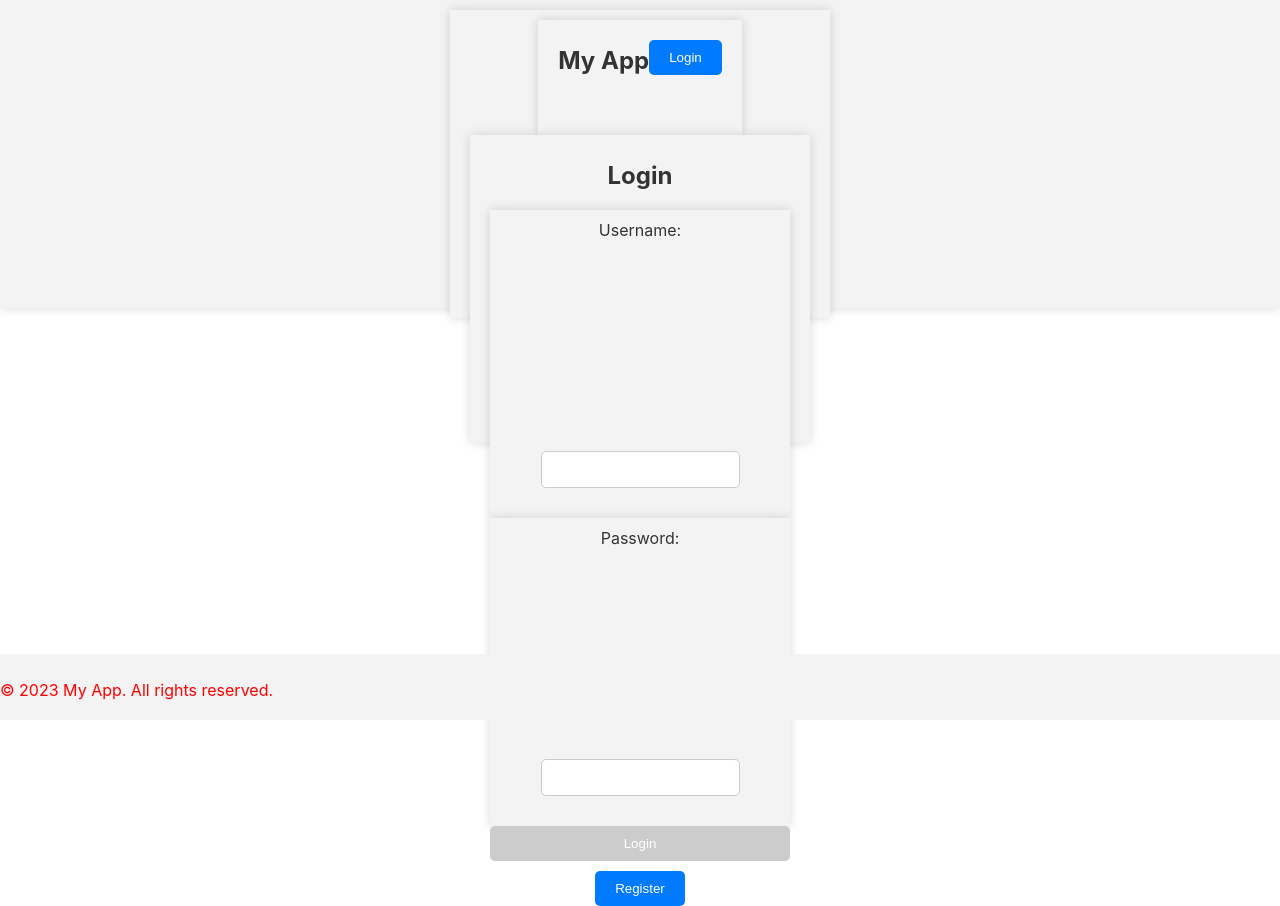
Repository: iMlearnDinG/react-app-v2
Page: /
An editor plug-in stored every save of this project. The page is shown before and after the next save, followed by the edit.
The browser window is 1280 px wide. The pictures show the whole page.
The page's requests for data from a server got no answer. The project was rebuilt for these pictures with package versions that can differ from the ones it lists, and the page was loaded fresh each time. No one was signed in, and anything a server would have sent is missing. Also part of the build but not shown: src/components/Register.js, src/components/Lobby.js, src/components/Game.js, src/components/Menu.js.

Above is the page before, as saved 2023-07-19 01:55:43.

After the next save:
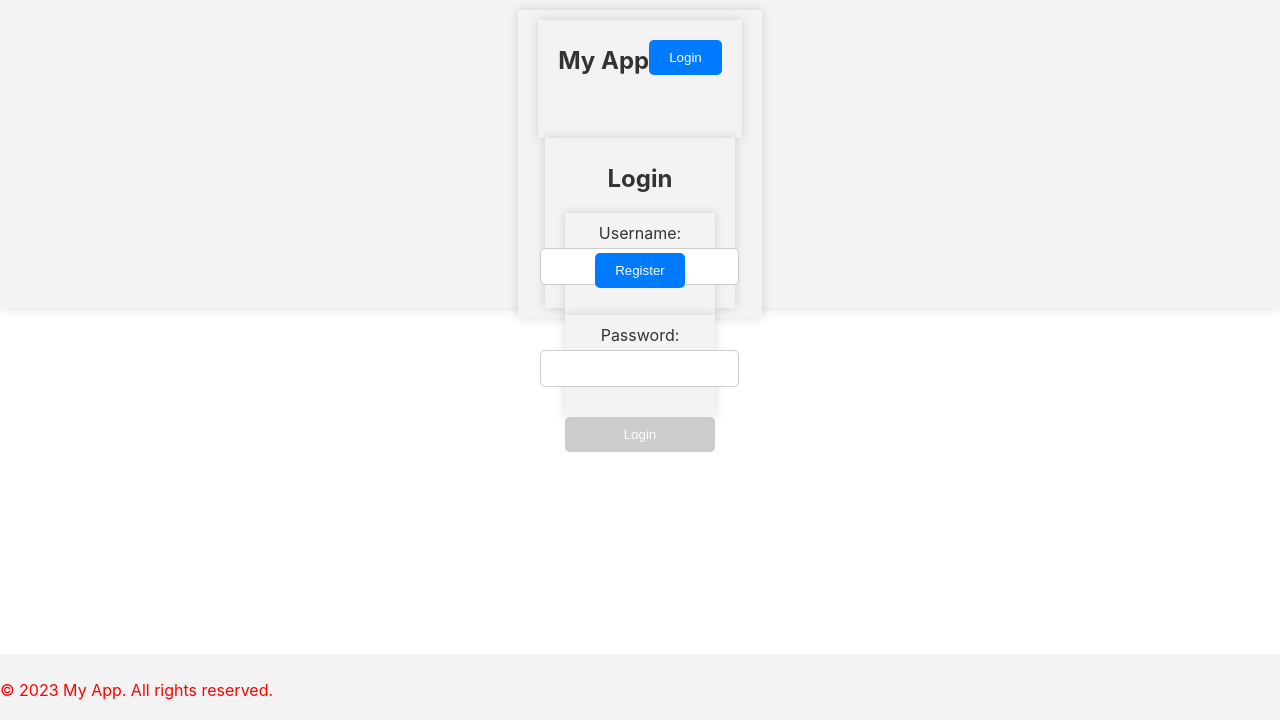
Saved 93 s later.
--- a/src/css/login.css
+++ b/src/css/login.css
@@ -4,7 +4,7 @@ div {
     align-items: center;
     justify-content: center;
     height: 40vh;
-    padding: 15px;
+    padding: 20px;
     background-color: #F3F3F3;
   }
 
@@ -22,7 +22,8 @@ div {
   form {
     display: flex;
     flex-direction: column;
-    width: 300px;
+    width: 150px;
+    height: 40px;
   }
 
   div label {
